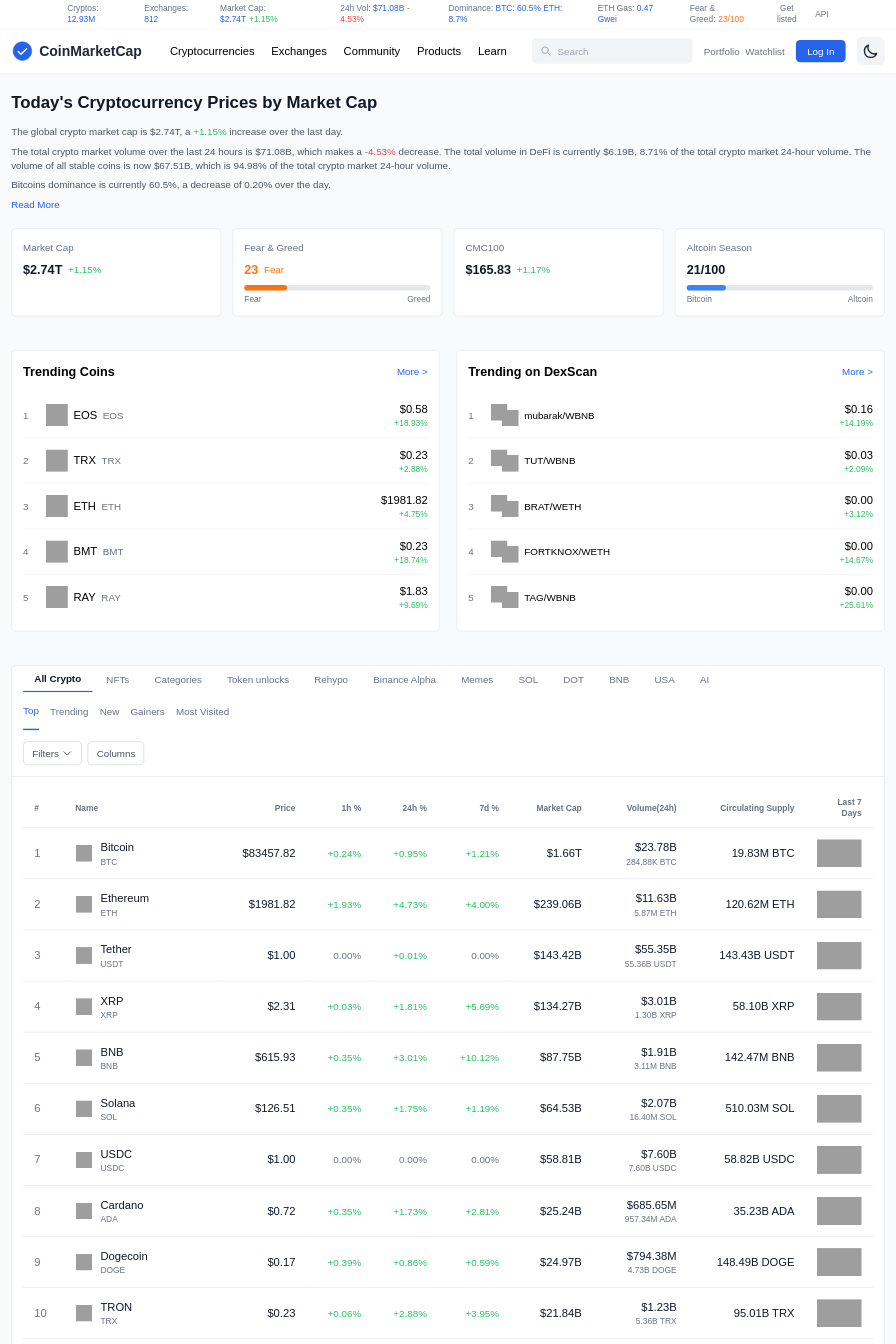
Repository: halilhaninan/testcmc
Page: /
An editor plug-in stored every save of this project. The page is shown before and after a run of saves, followed by the edit.
The browser window is 1280 px wide. The pictures show the part of the page from y = 0 to 1920 px (the page is 2883 px tall), at 70% of full size.
Pictures or frames that could not be fetched are drawn as grey boxes. The project was rebuilt for these pictures with package versions that can differ from the ones it lists, and the page was loaded fresh each time. Also part of the build but not shown: vite.config.ts.

Above is the page before, as saved 2025-04-07 20:33:59.

After the next 2 saves:
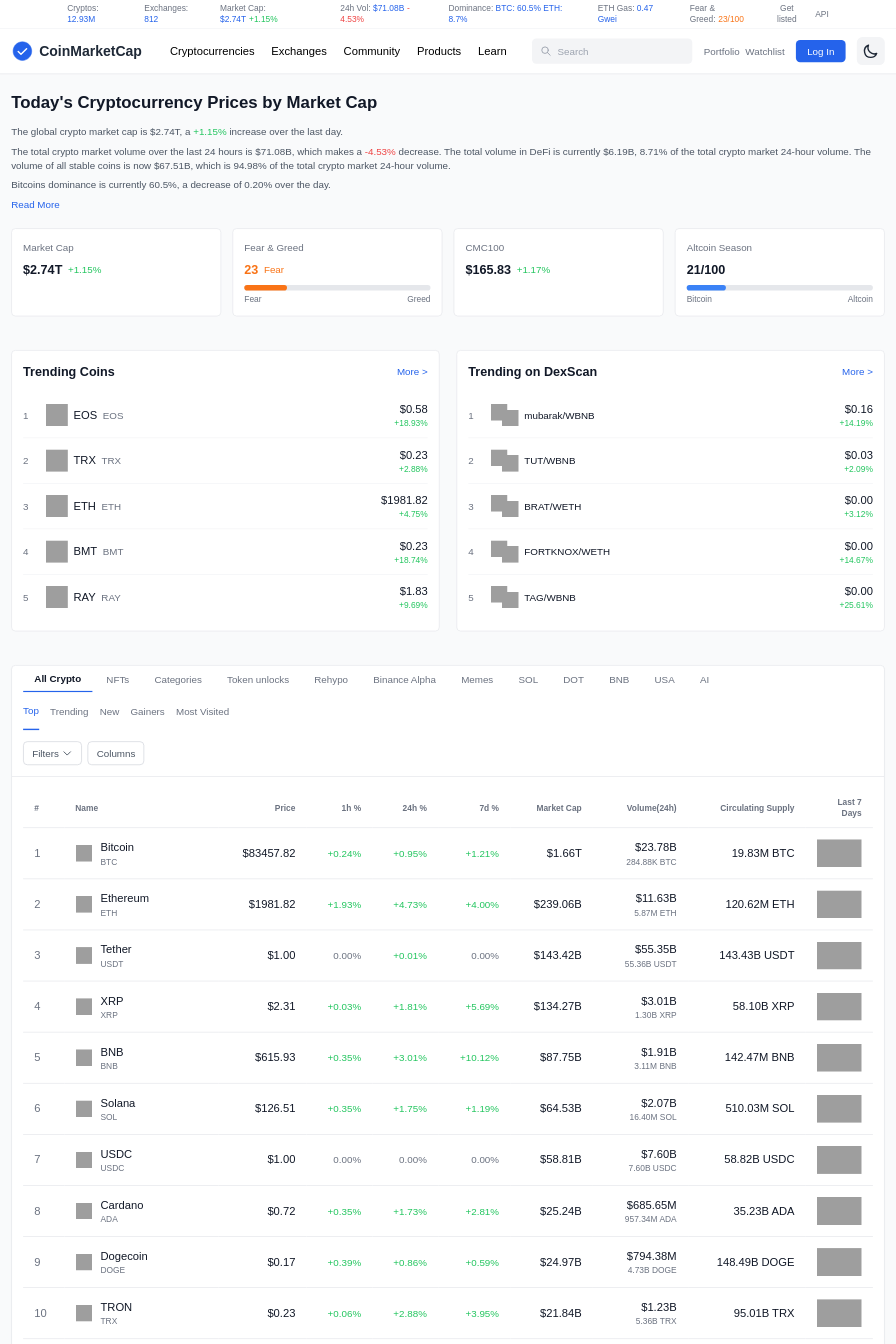
The 2 saves are shown as one change because they came seconds apart.
The last was saved 61 s later.
--- a/src/components/ui/TrendingSection.tsx
+++ b/src/components/ui/TrendingSection.tsx
@@ -1,35 +1,41 @@
-import React from 'react';
-import { trendingCoins, trendingDexPairs } from '../../data/mockData';
-import { formatCurrencyWithDecimals, getPercentClass } from '../../utils/formatters';
+import React from "react";
+import { trendingCoins, trendingDexPairs } from "../../data/mockData";
+import { formatCurrencyWithDecimals, getPercentClass } from "../../utils/formatters";
 
 const TrendingSection: React.FC = () => {
   return (
-    <section className="container mx-auto px-4 mb-8">
-      <div className="flex flex-col md:flex-row gap-6">
+    <section className="container mx-auto mb-8 px-4">
+      <div className="flex flex-col gap-6 md:flex-row">
         {/* Trending Coins Card */}
-        <div className="w-full md:w-1/2 bg-white border border-gray-200 rounded-md p-4">
-          <div className="flex justify-between items-center mb-4">
-            <h2 className="text-lg font-bold">Trending Coins</h2>
-            <a href="#" className="text-blue-600 text-sm hover:underline">More &gt;</a>
+        <div className="w-full rounded-md border border-gray-200 bg-white p-4 dark:border-gray-700 dark:bg-gray-800 md:w-1/2">
+          <div className="mb-4 flex items-center justify-between">
+            <h2 className="text-lg font-bold text-gray-900 dark:text-white">Trending Coins</h2>
+            <a href="#" className="text-sm text-blue-600 hover:underline dark:text-blue-400">
+              More &gt;
+            </a>
           </div>
 
-          <div className="divide-y divide-gray-100">
+          <div className="divide-y divide-gray-100 dark:divide-gray-700">
             {trendingCoins.map((coin, index) => (
-              <div key={coin.id} className="py-3 flex items-center">
-                <div className="w-6 text-gray-500 text-sm">{index + 1}</div>
-                <div className="w-8 h-8 mx-2">
-                  <img src={coin.logo} alt={coin.name} className="w-full h-full" />
+              <div key={coin.id} className="flex items-center py-3">
+                <div className="w-6 text-sm text-gray-500 dark:text-gray-400">{index + 1}</div>
+                <div className="mx-2 h-8 w-8">
+                  <img src={coin.logo} alt={coin.name} className="h-full w-full" />
                 </div>
                 <div className="flex-1">
                   <div className="flex items-center">
-                    <span className="font-medium">{coin.name}</span>
-                    <span className="text-gray-500 text-sm ml-2">{coin.symbol}</span>
+                    <span className="font-medium text-gray-900 dark:text-white">{coin.name}</span>
+                    <span className="ml-2 text-sm text-gray-500 dark:text-gray-400">
+                      {coin.symbol}
+                    </span>
                   </div>
                 </div>
                 <div className="flex flex-col items-end">
-                  <span className="font-medium">{formatCurrencyWithDecimals(coin.price)}</span>
+                  <span className="font-medium text-gray-900 dark:text-white">
+                    {formatCurrencyWithDecimals(coin.price)}
+                  </span>
                   <span className={`text-xs ${getPercentClass(coin.percentChange24h)}`}>
-                    {coin.percentChange24h > 0 ? '+' : ''}
+                    {coin.percentChange24h > 0 ? "+" : ""}
                     {coin.percentChange24h.toFixed(2)}%
                   </span>
                 </div>
@@ -39,29 +45,43 @@
         </div>
 
         {/* Trending on DexScan Card */}
-        <div className="w-full md:w-1/2 bg-white border border-gray-200 rounded-md p-4">
-          <div className="flex justify-between items-center mb-4">
-            <h2 className="text-lg font-bold">Trending on DexScan</h2>
-            <a href="#" className="text-blue-600 text-sm hover:underline">More &gt;</a>
+        <div className="w-full rounded-md border border-gray-200 bg-white p-4 dark:border-gray-700 dark:bg-gray-800 md:w-1/2">
+          <div className="mb-4 flex items-center justify-between">
+            <h2 className="text-lg font-bold text-gray-900 dark:text-white">Trending on DexScan</h2>
+            <a href="#" className="text-sm text-blue-600 hover:underline dark:text-blue-400">
+              More &gt;
+            </a>
           </div>
 
-          <div className="divide-y divide-gray-100">
+          <div className="divide-y divide-gray-100 dark:divide-gray-700">
             {trendingDexPairs.map((pair, index) => (
-              <div key={pair.id} className="py-3 flex items-center">
-                <div className="w-6 text-gray-500 text-sm">{index + 1}</div>
-                <div className="w-10 h-8 mx-2 relative">
-                  <img src={pair.token1Logo} alt="Token 1" className="w-6 h-6 absolute top-0 left-0" />
-                  <img src={pair.token2Logo} alt="Token 2" className="w-6 h-6 absolute bottom-0 right-0" />
+              <div key={pair.id} className="flex items-center py-3">
+                <div className="w-6 text-sm text-gray-500 dark:text-gray-400">{index + 1}</div>
+                <div className="relative mx-2 h-8 w-10">
+                  <img
+                    src={pair.token1Logo}
+                    alt="Token 1"
+                    className="absolute left-0 top-0 h-6 w-6"
+                  />
+                  <img
+                    src={pair.token2Logo}
+                    alt="Token 2"
+                    className="absolute bottom-0 right-0 h-6 w-6"
+                  />
                 </div>
                 <div className="flex-1">
                   <div className="flex items-center">
-                    <span className="font-medium text-sm">{pair.name}</span>
+                    <span className="text-sm font-medium text-gray-900 dark:text-white">
+                      {pair.name}
+                    </span>
                   </div>
                 </div>
                 <div className="flex flex-col items-end">
-                  <span className="font-medium">{formatCurrencyWithDecimals(pair.price)}</span>
+                  <span className="font-medium text-gray-900 dark:text-white">
+                    {formatCurrencyWithDecimals(pair.price)}
+                  </span>
                   <span className={`text-xs ${getPercentClass(pair.percentChange24h)}`}>
-                    {pair.percentChange24h > 0 ? '+' : ''}
+                    {pair.percentChange24h > 0 ? "+" : ""}
                     {pair.percentChange24h.toFixed(2)}%
                   </span>
                 </div>
